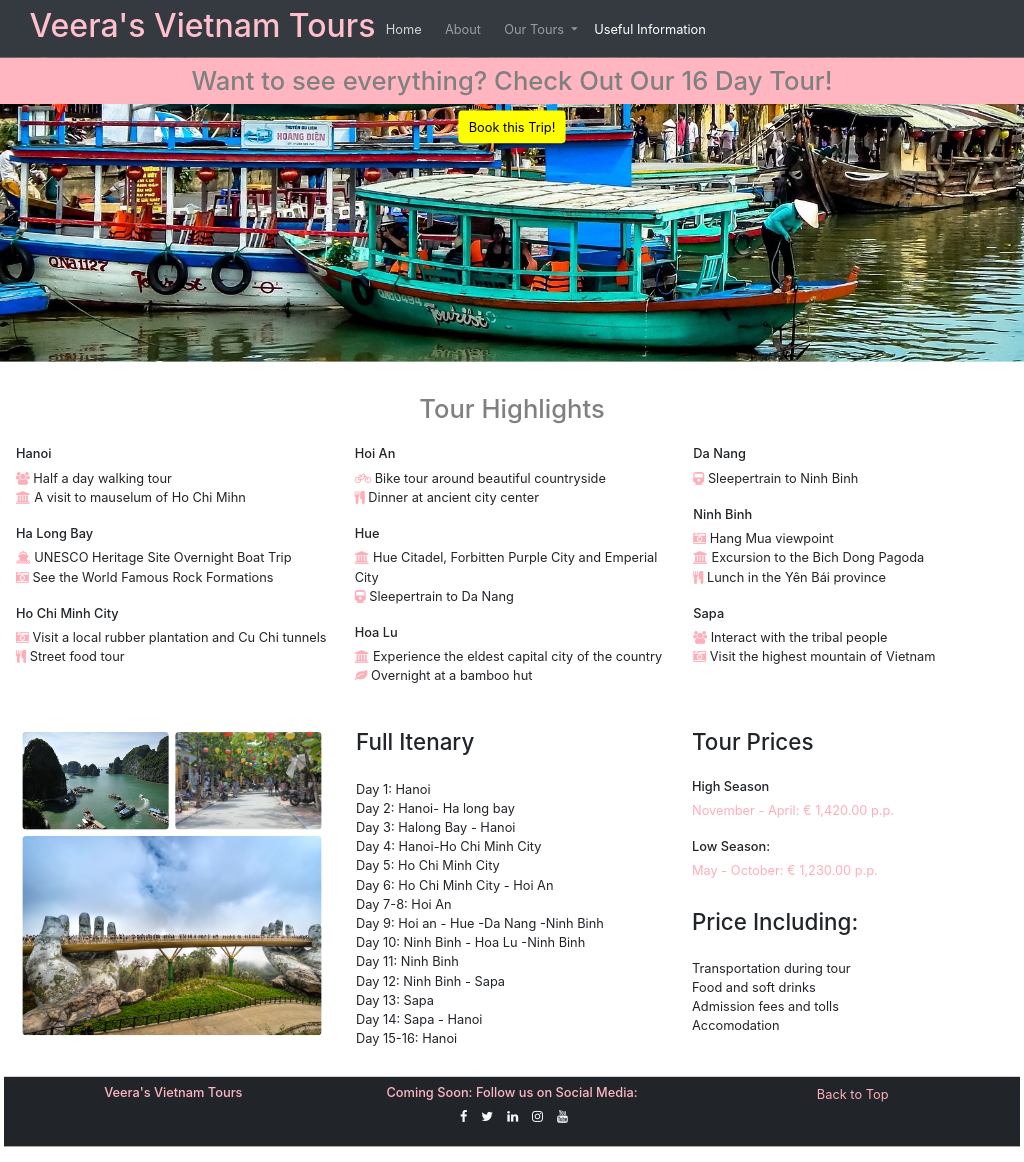
Repository: VAhola/VietnamTour
Page: 16d.html
The author's editor kept a record of every edit. The page is drawn from the files as they stood at one moment, then again after the next edit.
The browser window is 1280 px wide. The pictures show the whole page, at 80% of full size.

Above is the page before.

### 16d.html
<!DOCTYPE html>
<html lang="en">
<head>
    <meta charset="UTF-8">
    <meta name="viewport" content="width=device-width, initial-scale=1.0">
    <meta http-equiv="X-UA-Compatible" content="ie=edge">
    <link rel="stylesheet" href="https://stackpath.bootstrapcdn.com/bootstrap/4.3.1/css/bootstrap.min.css" type="text/css" />
    <link href="https://stackpath.bootstrapcdn.com/font-awesome/4.7.0/css/font-awesome.min.css" rel="stylesheet" integrity="sha384-wvfXpqpZZVQGK6TAh5PVlGOfQNHSoD2xbE+QkPxCAFlNEevoEH3Sl0sibVcOQVnN" crossorigin="anonymous">
    <link rel="stylesheet" href="style.css" type="text/css"/>
    <title>Vietnam Project</title>
</head>
<body>

<!--Nav-->

    <nav class="navbar navbar-dark navbar-expand-sm bg-dark top">
        <a class="navbar-brand title"></a> <h1 <style type="text/css">

        <h1 style="color:pink;">Veera's Vietnam Tours <br></h1>

     <button class="navbar-toggler ml-auto" type="button" data-toggle="collapse" data-target="#navbarNavDropdown" aria-controls="navbarNavDropdown" aria-expanded="false" aria-label="Toggle navigation">
        <span class="navbar-toggler-icon"></span></button>
      <div class="collapse navbar-collapse" id="navbarNavDropdown">
            <ul class="navbar-nav mr-auto">
                <li class="nav-item mr-2"><a class="nav-link" href="index.html"style="color:lightgray;">Home</a></li>
                <li class="nav-item mr-2"><a class="nav-link" href="about.html">About</a></li>
                <li class="nav-item dropdown">
                    <a class="nav-link dropdown-toggle" href="#" id="navbarDropdownMenuLink" role="button" data-toggle="dropdown" aria-haspopup="true" aria-expanded="false">
          Our Tours
        </a>
                    <div class="dropdown-menu" aria-labelledby="navbarDropdownMenuLink">
                        <a class="dropdown-item" href="16d.html">16 Day Complete Vietnam</a>
                        <a class="dropdown-item" href="8d.html">8 Days Vietnam at glance</a>
                    </div>
                </li>
                <li class="active nav-item mr-2"><a class="nav-link" href="Info.html">Useful Information</a></li>
            </ul>
            </div>
        </nav>
<!-- /.nav -->

<div class="section4">
    <h2 class="intro">
     Want to see everything? Check Out Our 16 Day Tour!
    </h2>
    <div class="center">
    <p><button class="btn btn-lg btn-success2" style=text-align:"center" data-toggle="modal" data-target="#signUpModal">Book this Trip!</button></p>
    </div>

</div>

</div>

<!--Itenary Newest-->

<div class="tours1">
    <h2> Tour Highlights</h2>
<div class="row">
    <div class="col-sm-4 container-fluid">
       <ul style="text-align:left;">
            <li>
                <h6>Hanoi</h6>
                <i class="fa fa-users pink" aria-hidden="true"></i>
                 Half a day walking tour<br>
                <i class="fa fa-university pink" aria-hidden="true"></i>
                 A visit to mauselum of Ho Chi Mihn
            </li><br>
            <li>
                <h6>Ha Long Bay</h6>
                <i class="fa fa-ship pink" aria-hidden="true"></i>
                 UNESCO Heritage Site Overnight Boat Trip<br>
                <i class="fa fa-camera-retro pink" aria-hidden="true"></i>
                 See the World Famous Rock Formations
            </li><br>
            <li>
                <h6>Ho Chi Minh City</h6>
                <i class="fa fa-camera-retro pink" aria-hidden="true"></i>
                 Visit a local rubber plantation and Cu Chi tunnels<br>
                <i class="fa fa-cutlery pink" aria-hidden="true"></i>
                 Street food tour
            </li>
        </div>
    <div class="col-sm-4 container-fluid">
       <ul style="text-align:left;">
            <li>
                <h6>Hoi An</h6>
                <i class="fa fa-bicycle pink" aria-hidden="true"></i>
                 Bike tour around beautiful countryside<br>
                <i class="fa fa-cutlery pink" aria-hidden="true"></i>
                 Dinner at ancient city center
            </li><br>
            <li>
                <h6>Hue</h6>
                <i class="fa fa-university pink" aria-hidden="true"></i>
                 Hue Citadel, Forbitten Purple City and Emperial City<br>
                <i class="fa fa-train pink" aria-hidden="true"></i>
                 Sleepertrain to Da Nang
            </li><br>
            <li>
                <h6>Hoa Lu</h6>
                <i class="fa fa-university pink" aria-hidden="true"></i>
                 Experience the eldest capital city of the country<br>
                <i class="fa fa-leaf pink" aria-hidden="true"></i>
                 Overnight at a bamboo hut
            </li>
        </div>
    <div class="col-sm-4 container-fluid">
       <ul style="text-align:left;">
            <li>
                <h6>Da Nang</h6>
                <i class="fa fa-train pink" aria-hidden="true"></i>
                 Sleepertrain to Ninh Binh
            </li><br>
            <li>
                <h6>Ninh Binh</h6>
                <i class="fa fa-camera-retro pink" aria-hidden="true"></i>
                Hang Mua viewpoint<br>
                <i class="fa fa-university pink" aria-hidden="true"></i>
                 Excursion to the Bich Dong Pagoda<br>
                <i class="fa fa-cutlery pink" aria-hidden="true"></i>
                 Lunch in the Yên Bái province
            </li><br>
            <li>
                <h6>Sapa</h6>
                <i class="fa fa-users pink" aria-hidden="true"></i>
                 Interact with the tribal people<br>
                <i class="fa fa-camera-retro pink" aria-hidden="true"></i>
                 Visit the highest mountain of Vietnam
            </li>
        </div>


<div class="tours1">
    <div class="row">
        <div class="col-sm-4 container-fluid">
            <div class="gallery2">
                <figure class="gallery_item gallery__items1">
                    <img src="Assets/pictures/ha-long-2360915_640.jpg" class="gallery__img" alt="Image 1">
                </figure>
                <figure class="gallery__item gallery__items--2">
                    <img src="Assets/pictures/hoi-an-1163431_640_a.jpg" class="gallery__img" alt="Image 2">
                </figure>
                <figure class="gallery__item gallery__items--3">
                    <img src="Assets/pictures/architecture-bridge-clouds-2582794.jpg" class="gallery__img" alt="Image 4">
                </figure>

            </div>
         </div>
         <div class="col-sm-4 container-fluid">
                <h3 style="text-align:left;">Full Itenary</h3>
            <ul style="text-align:left;">
                <li>Day 1: Hanoi</li>
                <li>Day 2: Hanoi- Ha long bay</li>
                <li>Day 3: Halong Bay - Hanoi</li>
                <li>Day 4: Hanoi-Ho Chi Minh City</li>
                <li>Day 5: Ho Chi Minh City</li>
                <li>Day 6: Ho Chi Minh City - Hoi An</li>
                <li>Day 7-8: Hoi An</li>
                <li>Day 9: Hoi an - Hue -Da Nang -Ninh Binh</li>
                <li>Day 10: Ninh Binh - Hoa Lu -Ninh Binh</li>
                <li>Day 11: Ninh Binh</li>
                <li>Day 12: Ninh Binh - Sapa</li>
                <li>Day 13: Sapa</li>
                <li>Day 14: Sapa - Hanoi</li>
                <li>Day 15-16: Hanoi</li>
            </ul>
        </div>
        <div class="col-sm-4 container-fluid">
            <h3 style="text-align:left;">Tour Prices</h3>
                <ul style="text-align:left;">
                    <h6>High Season</h6>
                    <li style="color:#ffaeb9;">November - April: € 1,420.00 p.p.</li>
                     <br>
                     <h6>Low Season:</h6>
                    <li style="color:#ffaeb9;">May - October: € 1,230.00 p.p.</li>

                </ul>
            <h3 style="text-align:left;">Price Including:</h3>
                <ul>
                    <li>Transportation during tour</li>
                    <li>Food and soft drinks</li>
                    <li>Admission fees and tolls</li>
                    <li>Accomodation</li>
                </ul>
        </div>
    </div>
</div>

<!-- /.Itenary Newest -->


 <footer class="container-fluid site">
        <div id="footer-details" class="row">
            <div class="col-sm-4 center">
                 <h6>Veera's Vietnam Tours</h6>
            </div>
            <div class="col-sm-4 center">
                <h6 class="inline-block center">Coming Soon: Follow us on Social Media:</h6>
                <ul class="list-inline center">
                    <li class="list-inline-item">
                        <a target="_blank" href="#">
                            <i class="fa fa-facebook" aria-hidden="true"></i>
                            <span class="sr-only">Facebook</span>
                        </a>
                    </li>
                    <li class="list-inline-item">
                        <a target="_blank" href="#">
                            <i class="fa fa-twitter" aria-hidden="true"></i>
                            <span class="sr-only">Twitter</span>
                        </a>
                    </li>
                    <li class="list-inline-item">
                        <a target="_blank" href="#">
                            <i class="fa fa-linkedin" aria-hidden="true"></i>
                            <span class="sr-only">LinkedIn</span>
                        </a>
                    </li>
                    <li class="list-inline-item">
                        <a target="_blank" href="#">
                            <i class="fa fa-instagram" aria-hidden="true"></i>
                            <span class="sr-only">Instagram</span>
                        </a>
                    </li>
                    <li class="list-inline-item">
                        <a target="_blank" href="#">
                            <i class="fa fa-youtube" aria-hidden="true"></i>
                            <span class="sr-only">YouTube</span>
                        </a>
                    </li>
                </ul>
            </div>
           <div class="col-sm-4 center">
                <a href="#top" style="color:#ffaeb9">Back to Top</a>
            </div>
        </div>
 </footer>

     <div class="modal" tabindex="-1" role="dialog" id="signUpModal">
        <div class="modal-dialog" role="document">
            <div class="modal-content">
                <div class="modal-header">
                    <h5 class="modal-title">Book 16 Days Complete Vietnam Tour Now!</h5>
                    <button type="button" class="close" data-dismiss="modal" aria-label="Close">
          <span aria-hidden="true">&times;</span>
        </button>
                </div>
                <div class="modal-body">
                    <form>
                        <div class="form-group">
                            <label for="exampleInputEmail1">Email address</label>
                            <input type="email" class="form-control" id="exampleInputEmail1" aria-describedby="emailHelp" placeholder="Enter email">
                            <small id="emailHelp" class="form-text text-muted">We'll never share your email with anyone else.</small>
                        </div>
                        <div class="form-group">
                            <label for="Name">Name</label>
                            <input type="text" class="form-control" id="validationDefaultUsername" placeholder="You Name">
                        </div>
                        <button type="submit" class="btn btn-success1">Submit</button>
                    </form>
                </div>
            </div>
        </div>
    </div>

    <script src="https://code.jquery.com/jquery-3.3.1.slim.min.js" integrity="sha384-q8i/X+965DzO0rT7abK41JStQIAqVgRVzpbzo5smXKp4YfRvH+8abtTE1Pi6jizo" crossorigin="anonymous"></script>
    <script src="https://cdnjs.cloudflare.com/ajax/libs/popper.js/1.14.3/umd/popper.min.js" integrity="sha384-ZMP7rVo3mIykV+2+9J3UJ46jBk0WLaUAdn689aCwoqbBJiSnjAK/l8WvCWPIPm49" crossorigin="anonymous"></script>
    <script src="https://stackpath.bootstrapcdn.com/bootstrap/4.1.3/js/bootstrap.min.js" integrity="sha384-ChfqqxuZUCnJSK3+MXmPNIyE6ZbWh2IMqE241rYiqJxyMiZ6OW/JmZQ5stwEULTy" crossorigin="anonymous"></script>

</body>
</html>

### style.css
html {
    border: none;
}

/*------------- Styling the header -----------*/

.header {
    background-color: #4F4F4F;
    background-position: center;
    text-align: center;
    background-size: cover;
    color: #fafafa;
    margin:0;
    padding-bottom: 10px;
    padding-top: 10px;

}


.button {
    color: white;
}


.navbar-dark .navbar-brand {
    color: 	#ffb6c1;

}

.dropdown-menu {
    background-color: #4F4F4F;
}

.dropdown-item {
    color: #b9bec3;
}


a {
    color:#fafafa;
    margin-left: 5px;
}

.section1 {
    background-size: cover;
    text-align: center;
    background-image: url(Assets/pictures/bamboo-boat-clouds-cloudscape-2132098.jpg);
    background-repeat: no-repeat;
    min-height: 420px;
    color: black;
    padding: 0px;
    background-position-y: bottom;
    background-position-x: center;
    background-color: darkgray;
}

.intro {
    background-color:#ffb6c1;
    padding: 10px 5px;
    color: gray;
}

.intro1 {
    background-color: #ffb6c1;
    padding: 10px 5px;
    color: gray;
    margin-bottom: 0px;
}

.welcome {
    padding:20px 20px;
}

h2 {
    color: gray;
    text-align: center;
    padding-bottom:20px;
    padding-top: 20px;
}

h3{
    color: ;
    text-align: center;
    padding-bottom:20px;
    padding-top: 20px;
}

h5 {
    color: #ffb6c1;
    text-align: center;
    margin-top: 20px;
    margin-bottom: 10px;
    text-decoration: underline;
}


li {
    list-style: none;tours
}

img.quote {
    border-style: solid;
    border-color: gray;
    float: right;
}

dl, ol, ul {
    margin-top: 0;
    margin-bottom: 1rem;
    padding: 0;
}

.tours {
    color:darkgray;
    text-align:center;
    margin-bottom:30px;
}

.tours1 {
    margin: 20px; 10px
}
.section3 {
    background-size: cover;
    text-align: center;
    color: black;
}


.about_us {
    text-align: justify;
    margin-left: 20px;
    margin-right: 20px;
}

.contacts {
    margin-left: 20px;
    margin-right: 20px;
    margin-bottom: 20px;
}

.compact {
    margin: 0;
}

.btn-group-lg>.btn, .btn-lg {
    padding: .2rem .5rem;
    font-size: 1rem;
    line-height: 1.5;
}
.man {
    background-image: url(Assets/pictures/hanoi-man-market-1004123.jpg);

}
.right_align{
    text-align:right;
}
.btn-success1 {
    color: #fff;
    background-color: #ffaeb9;
    border-color: gray;
    border-width: thick;
}

.btn-success2 {
    color: black;
    background-color: yellow;
    border-color: yellow;
    border-width: thick;
}

.towel {
 text-align:center;
 padding-left:15px;
 padding-right:15px;
 background-color: yellow;
 display: unset;
}

div.container4 {
    height: 1em;
    position: relative;

}
div.container4 p {
    margin: 0;
    background: yellow;
    position: absolute;
    top: 50%;
    left: 50%;
    margin-right: -50%;
    transform: translate(-50%, -50%);
    display:unset;
    padding: 5px 10px;

}

* {
  box-sizing: border-box;
}

div.box {
  float: left;
  width: 50%;
  padding: 20px;
}

div.center {
    text-align: center;
}

.clearfix::after {
  content: "";
  clear: both;
  display: table;
  padding: 20px;
}

.internary16 {
    text-align: left;
    margin: 10px 20px;
    padding: 10px;
    align-content: center;
    text-align: justify;
}

.right {
    height:200px;
    word-break: break-word;
    float:right;
    margin: 5px;
}

.left {
    height:200px;
    word-break: break-word;
    float:left;
    margin: 5px;
}

.woman {
    float: right;
}


article {
    margin: 5px;
}

img.iten_right {
    border-radius: 20px;
    padding: 5px;
    width: 300px;
    margin-left: 10px;
}

img.iten_left {
    border-radius: 20px;
    padding: 5px;
    width: 300px;
    margin-right: 10px;
}

img.map_right {
    border: 1px solid #ddd;
    border-radius: 4px;
    width: 220px;
    margin:20px 10px;
}

.info_left {
    border: 3px solid #ddd;
    border-radius: 4px;
    width: 220px;
    margin-right:10px;
}

.info_right {
    border: 2px solid #ddd;
    border-radius: 4px;
    width: 220px;
    margin-left:10px;
}

banner2 {
    display: inline-block;
}

.gallery1 {
    display: grid;
    grid-template-columns: repeat(3, 1fr);
    padding-top:0px;
    margin: 0px;
}

.section2 {
    background-size: cover;
    text-align: center;
    background-image: url(Assets/pictures/chaly-pavement-road-2044867.jpg);
    background-repeat: no-repeat;
    min-height: 380px;
    color: black;
    padding: 0px;
    background-position-y: bottom;
    background-position-x: center;
}

.section4 {
    background-size: cover;
    text-align: center;
    background-image: url(Assets/pictures/vietnam-2139871_1920_a.jpg);
    background-repeat: no-repeat;
    min-height: 380px;
    color: black;
    padding: 0px;
    background-position-y: bottom;
    background-position-x: center;
}

.section5 {
    background-size: cover;
    text-align: center;
    background-image: url(Assets/pictures/IMG-20190712-WA0006_a.jpg);
    background-repeat: no-repeat;
    min-height: 380px;
    color: black;
    padding: 0px;
    background-position-y: bottom;
    background-position-x: center;
}

.dest {
    margin-left: 20px;
    margin-right: 20px;
    padding: 10px;
    text-align: justify;
}

.info {
    margin-top:20px;
}
.desth {
    margin-left: 20px;
    margin-right: 20px;
    text-align:justify;
}

.ready {
    background-clip: white;
    margin-left: 10px;
    margin-right: 10px;
}

.grid-container-new {
  display: grid;
  justify-content: space-evenly;
  grid-template-columns: 25% 25% 25%; /*Make the grid smaller than the container*/
  grid-gap: 5px;
  padding: 10px;
}

.grid-container {
  display: grid;
  justify-content: space-evenly;
  grid-template-columns: 80% 20%; /*Make the grid smaller than the container*/
  grid-gap: 5px;
  padding: 10px;
}

.grid-item {
  background-color: rgba(255, 255, 255, 0.8);
  border: 1px solid rgba(0, 0, 0, 0.8);
  padding: 20px;
  font-size: 30px;
  text-align: center;
}

.gallery {
    display: grid;
    grid-template-columns: repeat(4, 1fr);
    grid-gap: 10px;
    padding-top:5px;
    margin: 30px 5px;
}

.gallery__img {
    width: 100%;
    height: 100%;
    object-fit: cover;
    border-radius: 5px;
}

.pink {
    color: #ffaeb9;
}

.gallery2 {
    display: grid;
    grid-template-columns: repeat(2, 3fr);
    grid-gap: 2px;
    padding-top:20px;
    padding-bottom: 20px;
    padding-right: 10px;
    margin: 0px;
}

.gallery__items--3 {
    grid-column-start: 1;
    grid-column-end: 3;
    grid-row-start: 2;
    grid-row-end: 3;
}

.gallery3 {
    display: grid;
    grid-template-columns: repeat(2, 3fr);
    grid-gap: 2px;
    padding-top:20px;
    padding-bottom: 20px;
    padding-right: 10px;
    margin: 0px;
}

.gallery__itemy--3 {
    grid-column-start: 1;
    grid-column-end: 3;
    grid-row-start: 2;
    grid-row-end: 3;
}

figure {
    margin: 3px;
}

.people {
    display: grid;
    grid-template-columns: repeat(2, 1fr);
    grid-gap: 10px;
    margin-left: 5px;
    margin-right: 5px;
    padding-top:5px;
}

.people__img {
    width: 100%;
    height: 100%;
    object-fit: cover;
}


.header5 {
    color: #ffb6c1;
    text-decoration: underline;
}

footer.site {
    background-color: #212529;
    color: #ffb6c1;
    background-size: cover;
    margin-bottom: 0;
    padding-bottom: 10px;
    padding-top: 10px;
}

.bottom {
    margin-bottom: 0;
}

/* media queries */

@media (max-width:767px) {
    body{
    font-size: smaller;
    }
    p {
    font-size: smaller;
    }
    .welcome {
    padding:5px 5px;
    }
    .review{
    padding:5px 5px;
    margin-bottom:5px;
    font-size:smaller;
    }
    h1, h2, h3, h4, h5, h6{
    font-size:smaller;
    }

    em {
    font-size: x-small;
    }

    img.map_right {
    width: 130px;
    margin-left: 5px;
    }

    img.iten_left{
    width: 130px;
    border-radius: 20px;
    }

    img.iten_right{
    width: 130px;
    border-radius: 20px;
    }
    .info_left {
    width: 120px;
    }
    .info_right {
    width: 120px;
    }


    .dest {
    margin-left: 10px;
    margin-right: 10px;
    padding: 5px;
    }
    .section2 {
    background-size: cover;
    text-align: center;
    background-image: url(Assets/pictures/chaly-pavement-road-2044867.jpg);
    background-repeat: no-repeat;
    min-height: 180px;
    color: black;
    padding: 0px;
    background-position-y: bottom;
    background-position-x: center;
    }
    .section1 {
    background-size: cover;
    text-align: center;
    background-image: url(Assets/pictures/bamboo-boat-clouds-cloudscape-2132098.jpg);
    background-repeat: no-repeat;
    min-height: 180px;
    color: black;
    padding: 0px;
    background-position-y: bottom;
    background-position-x: center;
    background-color: darkgray;
    }
    .section5 {
    background-size: cover;
    text-align: center;
    background-image: url(Assets/pictures/IMG-20190712-WA0006_a.jpg);
    background-repeat: no-repeat;
    min-height: 180px;
    color: black;
    padding: 0px;
    background-position-y: bottom;
    background-position-x: center;
    }
    .section4 {
    background-size: cover;
    text-align: center;
    background-image: url(Assets/pictures/vietnam-2139871_1920_a.jpg);
    background-repeat: no-repeat;
    min-height: 180px;
    color: black;
    padding: 0px;
    background-position-y: bottom;
    background-position-x: center;
    }
}

@media (min-width: 768px) and (max-width: 991px) {
}
    .review {
    text-align:center;
    padding:20px 10px;
    margin-bottom:40px;
    display:flex;
    }
}

@media (min-width: 992px) and (max-width: 1800px) {
    .review{
    text-align:center;
    padding:20px 10px;
    margin-bottom:40px;
    margin-left: 20px;
    margin-right: 20px;
    display:inline-flex;
    }
}

After the next edit:
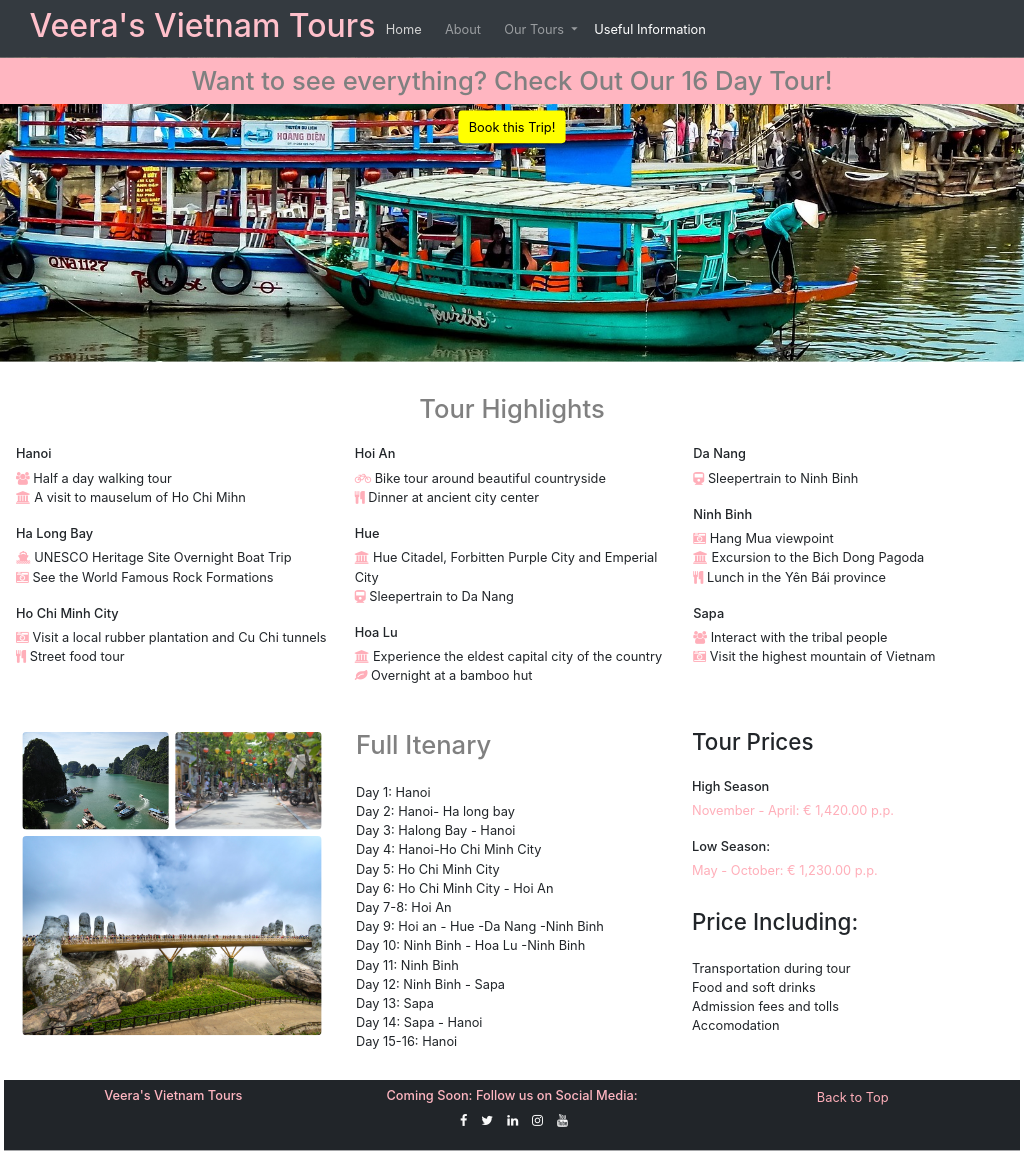
The edit:
--- a/16d.html
+++ b/16d.html
@@ -147,7 +147,7 @@
             </div>
          </div>
          <div class="col-sm-4 container-fluid">
-                <h3 style="text-align:left;">Full Itenary</h3>
+                <h2 style="text-align:left;">Full Itenary</h2>
             <ul style="text-align:left;">
                 <li>Day 1: Hanoi</li>
                 <li>Day 2: Hanoi- Ha long bay</li>
